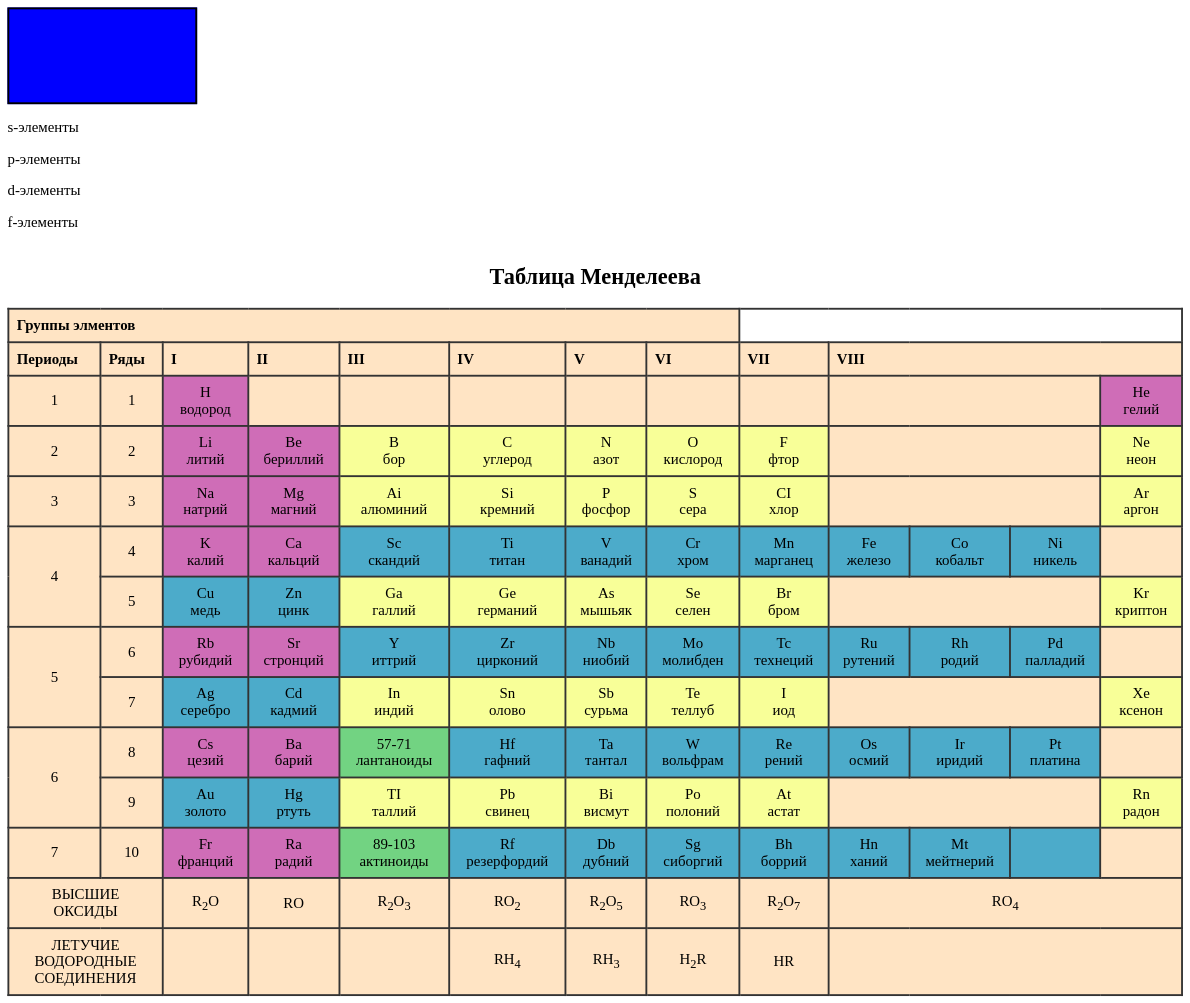
Repository: sannikovcode/exercises-a1
Page: JS/websites/01-periodic table/index.html
The author's editor kept a copy of each file at every save. The page is drawn from the files as they stood at one save, then again after the next save.
The browser window is 1280 px wide. The pictures show the whole page, at 93% of full size.

Above is the page before, as saved 2025-10-18 15:15:58.

After the next save:
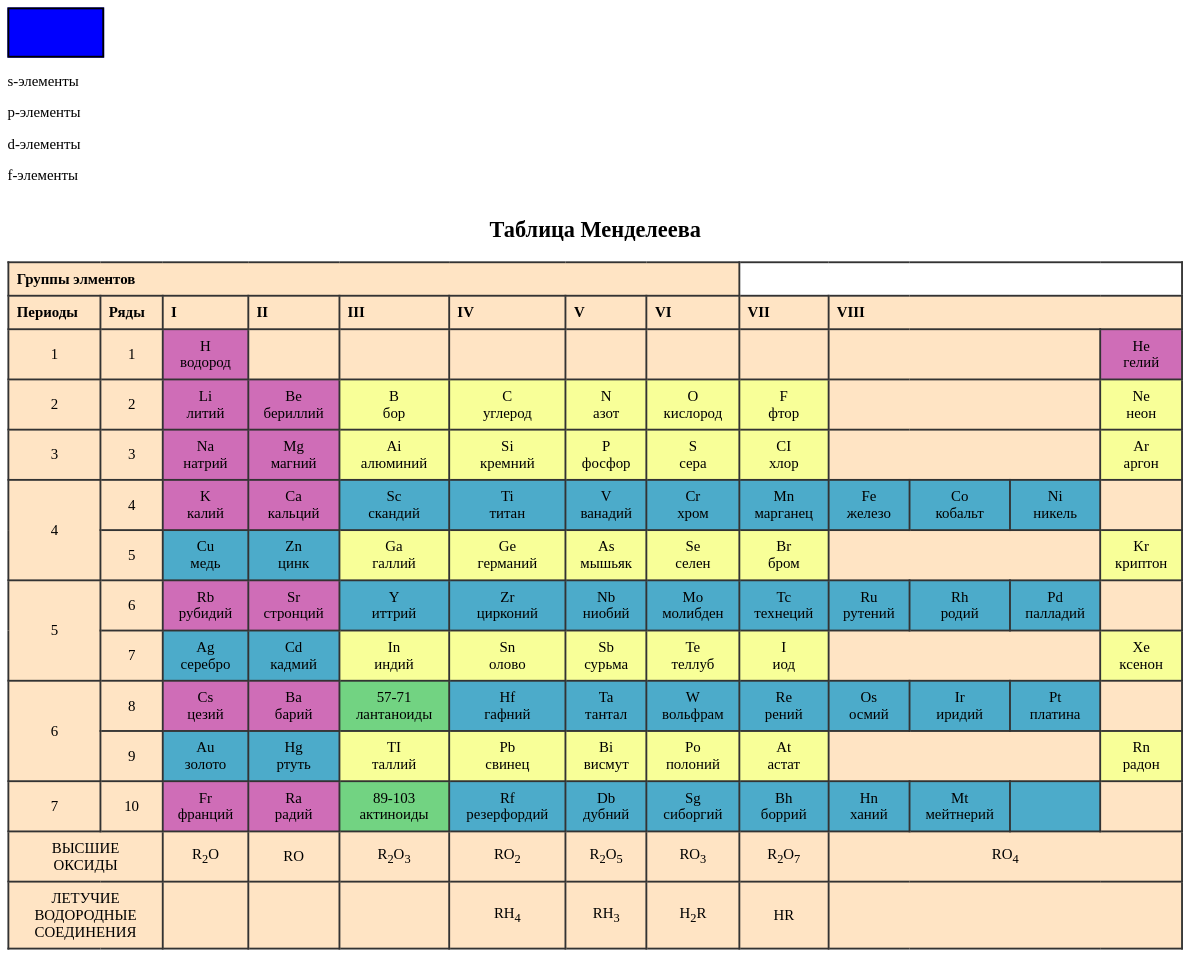
Saved 12 s later.
--- a/JS/websites/01-periodic table/styles.css
+++ b/JS/websites/01-periodic table/styles.css
@@ -41,8 +41,8 @@ td {
   background-color: rgb(114, 211, 130);
 }
 .rectangle {
-  width: 200px;            /* ширина прямоугольника */
-  height: 100px;           /* высота прямоугольника */
+  width: 100px;            /* ширина прямоугольника */
+  height: 50px;           /* высота прямоугольника */
   background-color: blue;  /* цвет заливки */
   border: 2px solid black; /* рамка */
 }
